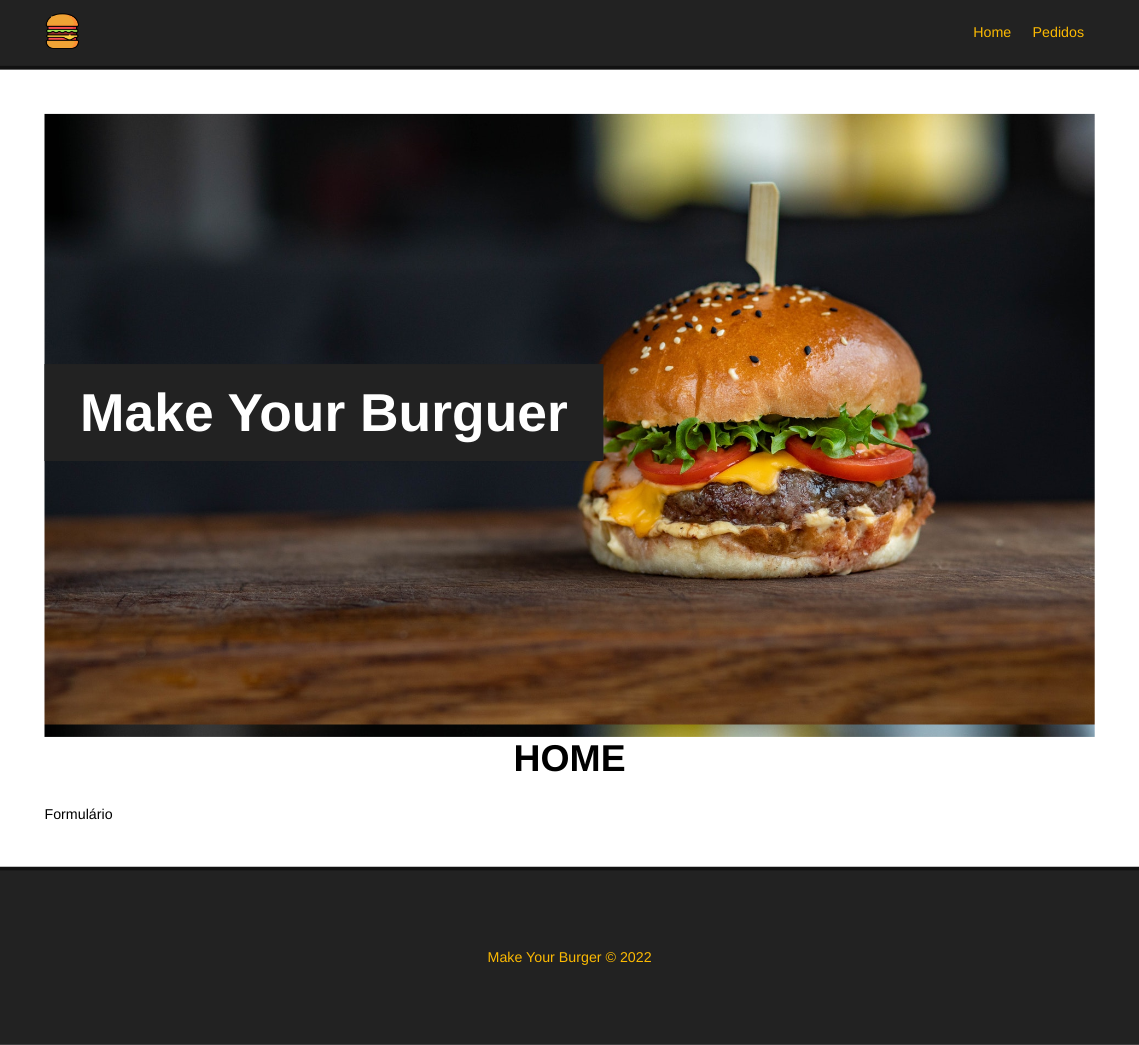
Repository: brunofa23/makeyourburguer
Page: /
An editor plug-in stored every save of this project. The page is shown before and after the next save, followed by the edit.
The browser window is 1280 px wide. The pictures show the whole page, at 89% of full size.
The project was rebuilt for these pictures with package versions that can differ from the ones it lists, and the page was loaded fresh each time. Also part of the build but not shown: vue.config.js.

Above is the page before, as saved 2022-08-09 19:20:38.

After the next save:
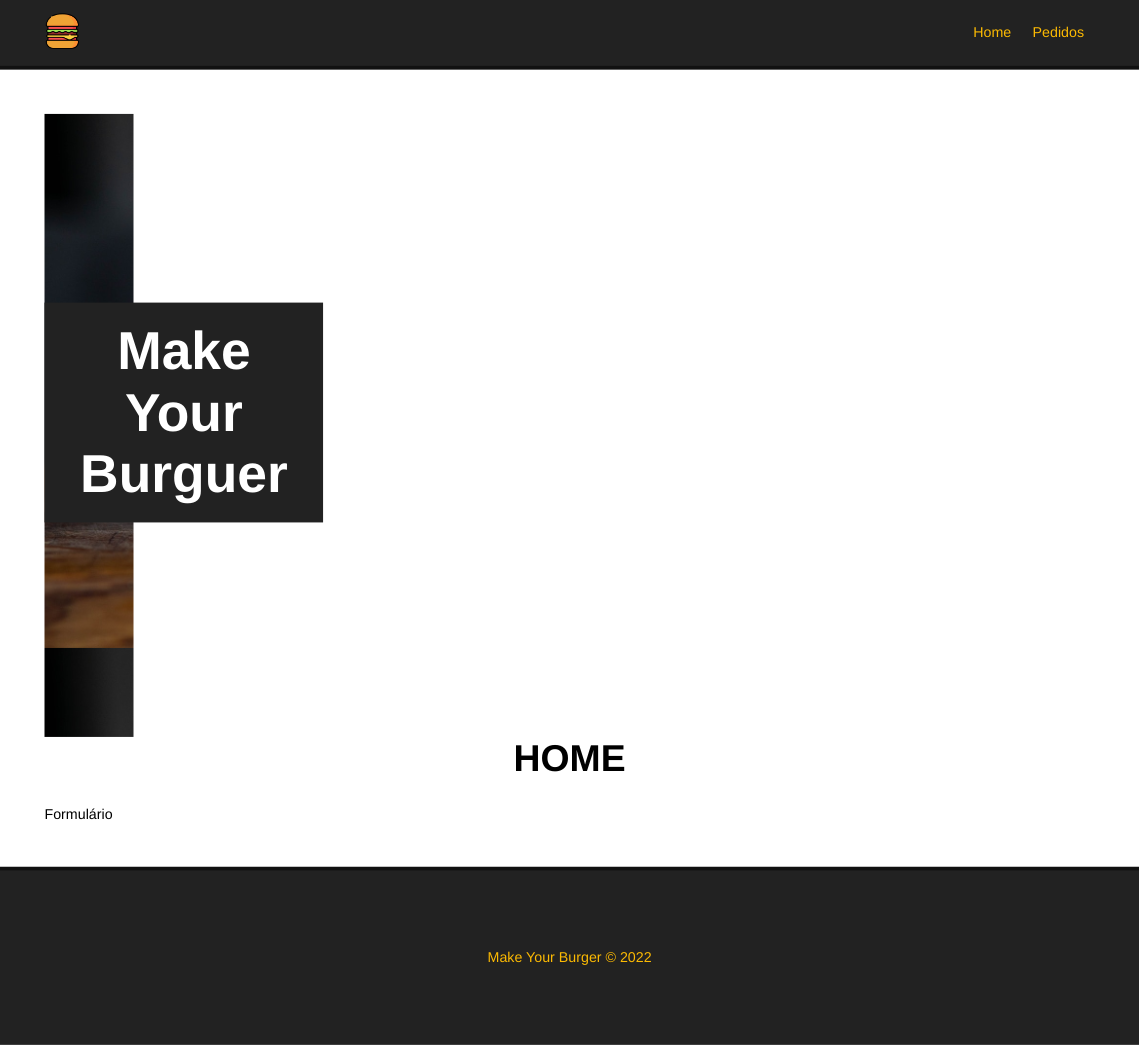
Saved 23 s later.
--- a/src/components/Banner.vue
+++ b/src/components/Banner.vue
@@ -16,7 +16,7 @@ export default {
     background-position: 0 -100px;
     background-size: cover;
     height: 700px;
-    width: 100%;
+    width: 100px;
     display: flex;
     align-items: center;
     justify-content: flex-start;
